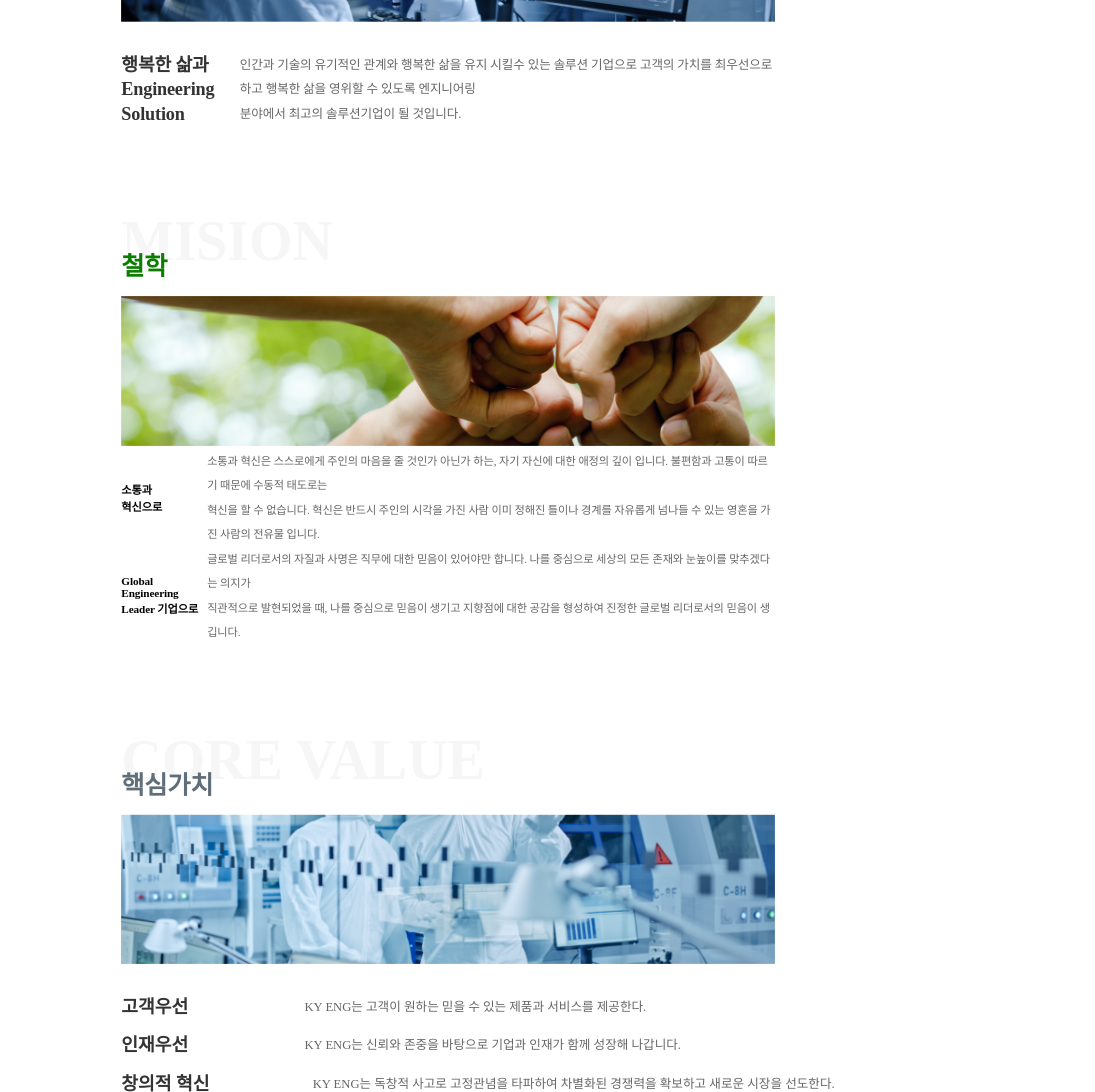
Repository: wogml3270/kumyoungENG
Page: sub/about/about_company.html
The author's editor kept a copy of each file at every save. The page is drawn from the files as they stood at one save, then again after the next save.
The browser window is 1280 px wide. The page is 1564 px wide, so the pictures cover 1564 px, including what lies to the right of the window. The pictures show the part of the page from y = 1130 to 2690 px (the page is 3033 px tall), at 70% of full size.
Some web fonts or font styles are not loaded; a fallback is used.

Above is the page before, as saved 2022-07-25 14:28:30.

### sub/about/about_company.html
<!DOCTYPE html>
<html lang="ko">
    <head>
        <meta charset="UTF-8" />
        <meta http-equiv="X-UA-Compatible" content="ie=edge" />
        <meta name="viewport" content="width=device-width, initial-scale=1.0" />
        <link rel="stylesheet" href="./../css/reset.css" />
        <link rel="stylesheet" href="./../css/about_company.css" />
        <link rel="stylesheet" href="./../css/about_banner.css">
        <link rel="stylesheet" href="./../css/snb_bar.css">
        <link rel="stylesheet" href="../../css/header.css">
        <link rel="stylesheet" href="../../css/footer.css">
        <link rel="stylesheet" href="/css/media.css">
        <script src="https://ajax.googleapis.com/ajax/libs/jquery/3.5.1/jquery.min.js"></script>
        <script src="http://ajax.aspnetcdn.com/ajax/jQuery/jquery-1.12.4.min.js"></script>
        <script src="https://code.jquery.com/jquery-1.12.4.min.js"></script>
        <script src="../../js/script.js"></script>
        <script src="../../js/snb_bar.js"></script>
        <title>회사소개_기업정신</title>
    </head>
    <body>
        <div id="header"></div>
        <div id="wrap">
            <div class="about-banner">
                <p>KUM YOUNG ENG</p>
                <span></span>
                <h3>회사소개</h3>
                <!-- <img src="./../images/company-banner-image.png" alt="배너 이미지"> -->
            </div>

            <div class="snb">
                <a href="/">homeimg</a>

                    <ul class="snb_box">
                        <li><a href="">회사소개<img src="./../images/Vector 1.png" alt=""></a></li>
                        <li>
                            <a href="/sub/about/about_company.html">기업정신<img src="./../images/Vector 1.png" alt=""></a>
                            <ol class="lnb">
                                <li><a href="/sub/about/about_greeting.html">인사말</a></li>
                                <!-- <li><a href="/sub/about/about_company.html">기업정신</a></li> -->
                                <li><a href="/sub/about/about_management.html">경영이념</a></li>
                                <li><a href="">ESG경영</a></li>
                                <li><a href="/sub/about/about_history.html">연혁</a></li>
                                <li><a href="/sub/about/about_org.html">조직도</a></li>
                                <li><a href="/sub/about/about_branch.html">지사/해외법인</a></li>
                                <li><a href="/sub/about/about_wayto.html">오시는길</a></li>
                            </ol>
                        </li>
                    </ul>
              </div>

            <section id="mind">
                <h2>기업정신</h2>

                <article class="vision">
                    <h3>VISION</h3>
                    <h4>비전</h4>

                    <img src="./../images/vision-image.png" alt="행복한 삶과 Engineering Solution">


                    <div class="firsttx">
                        <p>
                            행복한 삶과 <br />
                            Engineering Solution
                        </p>

                        <p>
                            인간과 기술의 유기적인 관계와 행복한 삶을 유지 시킬수 있는 솔루션 기업으로
                            고객의 가치를 최우선으로 하고 행복한 삶을 영위할 수 있도록 엔지니어링 <br />
                            분야에서 최고의 솔루션기업이 될 것입니다.
                        </p>
                    </div>
                </article>

                <article class="mission">
                    <h3>MISION</h3>
                    <h4>철학</h4>
                    <img src="./../images/mission-image.png" alt="소통과 혁신으로 Global Engineering Leader 기업으로">

                    <table class="secondtx">
                        <tr>
                            <th>
                                소통과 <br />
                                혁신으로
                            </th>

                            <td>
                                소통과 혁신은 스스로에게 주인의 마음을 줄 것인가 아닌가 하는, 자기 자신에 대한 애정의 깊이 입니다.
                                불편함과 고통이 따르기 때문에 수동적 태도로는 <br />
                                혁신을 할 수 없습니다. 혁신은 반드시 주인의 시각을 가진 사람 이미 정해진 틀이나
                                경계를 자유롭게 넘나들 수 있는 영혼을 가진 사람의 전유물 입니다.
                            </td>
                        </tr>

                        <div>
                            <th>
                                Global Engineering <br />
                                Leader 기업으로
                            </th>

                            <td>
                                글로벌 리더로서의 자질과 사명은 직무에 대한 믿음이 있어야만 합니다.
                                나를 중심으로 세상의 모든 존재와 눈높이를 맞추겠다는 의지가 <br />
                                직관적으로 발현되었을 때, 나를 중심으로 믿음이 생기고 지향점에 대한 공감을 형성하여
                                진정한 글로벌 리더로서의 믿음이 생깁니다.
                            </td>
                        </div>
                    </table>
                </article>

                <article class="core_value">
                    <h3>CORE VALUE</h3>
                    <h4>핵심가치</h4>

                    <img src="./../images/value-image.png" alt="핵심가치">
                    <div class="thirdtx">
                        <dl>
                            <dt>고객우선</dt>
                            <dd>KY ENG는 고객이 원하는 믿을 수 있는 제품과 서비스를 제공한다.</dd>
                        </dl>
                        <dl>
                            <dt>인재우선</dt>
                            <dd>KY ENG는 신뢰와 존중을 바탕으로 기업과 인재가 함께 성장해 나갑니다.</dd>
                        </dl>
                        <dl>
                            <dt>창의적 혁신</dt>
                            <dd>KY ENG는 독창적 사고로 고정관념을 타파하여 차별화된 경쟁력을 확보하고 새로운 시장을 선도한다.</dd>
                        </dl>
                        <dl>
                            <dt>변화선도</dt>
                            <dd>KY ENG 는 현실안주를 퇴보로 인식하고, 끊임없이 변화와 혁신을 추구해온 기업이며 세계시장을 리드하고 변화를 선도하는 기업이 되기 위해 노력합니다.</dd>
                        </dl>
                    </div>

                </article>
            </section>
        </div>
        <div id="footer"></div>
    </body>
</html>

### sub/css/reset.css
@charset "UTF-8";

* {
    margin: 0;
    padding: 0;
  }

  body,
  html {
    width: 100%;
    height: 100%;
    font-family: "Pretendard";
  }

  ul,
  li {
    list-style: none;
    text-decoration: none;
  }

  a:link,
  a:visited,
  a:hover,
  a:active {
    color: #fff;
    text-decoration: none;
  }

### sub/css/about_company.css
@charset "utf-8";

@import url("https://cdn.jsdelivr.net/gh/orioncactus/pretendard@v1.3.4/dist/web/static/pretendard.css");

table{
  border-collapse: collapse;
}
tr,th,td{
  text-align: left;
  letter-spacing: -0.01em;
}
td{
  font-family: 'Pretendard';
  font-style: normal;
  font-weight: 400;
  line-height: 35px;
  color: #666666;
}

#wrap > img {
  width: 100%;
  height: auto;
}

#mind {
  width: 100%;
  padding-top: 110px;
}

#mind > h2 {
  color: #333;
  font-size: 24px;
  font-weight: 600;
  text-align: center;
}

article {
  width: 72.916%;
  margin-left: 13.5416%;
  margin-top: 120px;
}

article > h3 {
  color: #f6f6f6;
  font-size: 80px;
  font-weight: 800;
}

article > h4 {
  font-size: 36px;
  font-weight: 600;
  letter-spacing: -0.01em;
  position: relative;
  top: -40px;
}

article > img {
  width: 100%;
  margin-top: -20px;
}

.vision > h4 {
  color: #004170;
}

.firsttx {
  display: flex;
  flex-flow: row nowrap;
  justify-content: space-between;
  margin-top: 40px;
}
.firsttx > p {
  line-height: 35px;
  letter-spacing: -0.01em;
}
.firsttx > p:nth-child(1) {
  color: #333;
  font-size: 26px;
  font-weight: 600;
  margin-right: 10px;
}
.firsttx > p:nth-child(2) {
  color: #666;
  font-weight: 400;
  font-size: 18px;
}

.mission > h4 {
  color: #0B7E00;
}
.secondtx > div {
  display: flex;
  flex-flow: row nowrap;
  justify-content: flex-start;
  margin-top: 40px;
  line-height: 35px;
}

.secondtx > div > p {
  word-break: keep-all;
}

.secondtx > div:nth-child(1) > p:nth-child(1){
  margin-right: 249px;
}
.secondtx > div:nth-child(2) > p:nth-child(1){
  margin-right: 116px;
}

.secondtx > div > p:nth-child(1){
  color: #333;
  font-size: 26px;
  font-weight: 600;
}
.secondtx > div > p:nth-child(2){
  color: #666;
  font-size: 18px;
  font-weight: 400;
}

.core_value > h4 {
  color: #606E79;
}

.thirdtx {
  margin-top: 40px;
}

.thirdtx > dl {
  display: flex;
  flex-flow: row nowrap;
  justify-content: flex-start;
  margin-bottom: 20px;
}

.thirdtx > dl:last-child {
  margin-bottom: initial;
}

.thirdtx > dl > dt {
  color: #333;
  font-size: 26px;
  font-weight: 600;
  line-height: 35px;
  white-space: nowrap;
}

.thirdtx > dl > dd {
  color: #666;
  font-size: 18px;
  font-weight: 400;
  line-height: 35px;
  margin-left: 17.7857%;
  white-space: nowrap;
}

.thirdtx > dl:nth-child(3) > dd {
  margin-left: 15.7857%;
}

@media screen and (max-width: 899px){

  article{
    width: 80%;
    margin: 120px auto;
  }

  article > h3 {
    font-size: 50px;
  }

  article > h4 {
    font-size: 25px;
  }
  article > div > p:nth-child(1){
    font-size: 20px;
  }
  article > div > p:nth-child(2){
    font-size: 15px;
  }
  .firsttx{
      display: block;
  }
  .firsttx > p:nth-child(1) {
    font-size: 20px;
    margin-right: 0;
  }
  .firsttx > p:nth-child(2){
    font-size: 15px;
  }

  .secondtx > div {
    display: block;
    line-height: 29px;
  }
  .secondtx > div:nth-child(1) > p:nth-child(1){
    margin-right: 0;
    margin-bottom: 10px;
  }

  .secondtx > div:nth-child(2){
    display: block;
  }

  .secondtx > div > p > br {
    display: none;
  }
  .secondtx > div > p:nth-child(1){
    font-size: 20px;
    margin-right: 0;
  }

  .secondtx > div:nth-child(2) > p:nth-child(1) {
    margin-bottom: 10px;
    margin-right: 0;
  }

  .secondtx > div > p:nth-child(2){
    word-break: keep-all;
    font-size: 16px;
  }
  .thirdtx > dl{
    flex-direction: column;
    font-family: 'Pretendard';
    font-style: normal;
  }
  .thirdtx > dl > dt{
    font-size: 20px;
  }
  .thirdtx > dl > dd{
    font-size: 15px;
    margin-left: 3.5%;
    white-space: normal;
  }
  .thirdtx > dl:nth-child(3) > dd{
    margin-left: 3.5%;
  }

}

### sub/css/about_banner.css
@charset "UTF-8";

.about-banner{
    width: 100%;
    height: 500px;
    background: url(../../images/company-banner-image.png) no-repeat center center;
    background-size: cover;
    display: flex;
    flex-direction: column;
    align-items: center;
    justify-content: center;
  }
  .about-banner p{
    font-family: 'Pretendard';
    font-style: normal;
    font-weight: 400;
    font-size: 16px;
    line-height: 20px;
    text-align: center;
    letter-spacing: -0.01em;
    color: #FFFFFF;
  }
  .about-banner span{
    width: 40px;
    height: 1px;
    background: #FFFFFF;
    margin: 16px 0;
  }
  .about-banner h3{
    font-family: 'Pretendard';
    font-style: normal;
    font-weight: 700;
    font-size: 24px;
    line-height: 24px;
    text-align: center;
    letter-spacing: -0.01em;
    color: #FFFFFF;
  }

### sub/css/snb_bar.css
@charset "utf-8";

ul,li {
    list-style: none;
    text-decoration: none;
}

a:link,
a:visited,
a:hover,
a:active {
    color: #fff;
    text-decoration: none;
}

.snb {
    position: relative;
    top: -26px;
    width: 72.916%;
    height: 60px;
    margin: 0 auto;
    background-color: #fff;
    border: 1px solid #ddd;
    box-sizing: border-box;
    box-shadow: 0px 4px 15px rgba(0, 0, 0, 0.1);
    z-index: 1;
}

.snb > a {
    position: absolute;
    top: -1px;
    left: -1px;
    display: block;
    width: 65px;
    height: 60px;
    text-indent: -9999px;
    background-color: #004170;
    background-image: url(./../images/Group.png);
    background-position: center center;
    background-repeat: no-repeat;
}

.snb > a {
    display: block;
    width: 65px;
    height: 60px;
}

.snb_box {
    display: flex;
    flex-flow: row nowrap;
    /* margin-left: 20.5px; */
    margin-left: 64px;
    margin-top: 0;

}

.snb_box > li {
    position: relative;
    text-indent: 20.5px;
    /* text-indent: 30%; */
    width: 209px;
    height: 60px;
    line-height: 60px;
    border-right: 1px solid #ddd;
    box-sizing: border-box;
}

.snb_box > li > a {
    display: block;
    height: 60px;
    color: #333;
    font-family: 'Pretendard';
    font-style: normal;
    font-weight: 400;
    font-size: 16px;
}

.snb_box > li > a > img {
    position: absolute;
    top: 22.5px;
    left: 80%;

}

.snb_box > li:last-child > a:hover > img {
    transform: rotate(90deg);
    transition: 0.3s;
}

.lnb {
    display: none;
    position: absolute;
    width: 100%;
    padding: 0;
    border: 1px solid #DDDDDD;
    border-top: none;
    background-color: #fff;
}

.lnb > li > a {
    color: #333;
    display: block;
    font-family: 'Pretendard';
    font-style: normal;
    font-weight: 400;
    font-size: 16px;
}

.lnb > li > a:hover {
    background-color: #F5F5F5;
}

@media screen and (max-width: 899px){
    .snb{
        height: 40px;
    }
    .snb > a{
        width: 45px;
        height: 40px;
    }
    .snb_box > li{
        height: 40px;
        line-height: 40px;
    }
    .snb_box > li > a{
        height: 40px;
        font-size: 13px;
    }
    .snb_box > li > a > img{
        top: 13.5px;
    }
    .lnb > li > a{
        font-size: 13px;
    }
}

### css/footer.css
@charset "utf-8";

@import url("https://cdn.jsdelivr.net/gh/orioncactus/pretendard@v1.3.4/dist/web/static/pretendard.css");

body {
    margin: 0 auto;
    padding: 0;
}

footer {
    position: relative;
    width: 100%;
    height: 132px;
    font-family: 'Pretendard';
    font-size: 14px;
    font-weight: 400;
    background-color: #122B42;
    display: flex;
    align-items: center;
    justify-content: space-between;
    margin-top: 150px;
}

footer > address {
    color: #CECED5;
    line-height: 30px;
    font-style: normal;
    letter-spacing: -0.01em;
    margin-left: 13.663%;
}

footer > .footer-right{
    display: flex;
    flex-direction: column;
    align-items: flex-end;
    margin-right: 13.663%;
}
footer > .footer-right .logo {
    margin-bottom: 16px;
    display: block;
}

footer > .footer-right span {
    color: #CECED5;
}

### css/media.css
@charset "utf-8";

@media only screen and (min-width: 899px){
    .header_gnb_mobile{
        position: absolute;
        top: -9999px;
    }
}
    /* 모바일 가로, 타블렛 세로 */
@media only screen and (max-width: 899px) {

    /* header */
    .header{
        height: 120px;
        flex-direction: column;
    }
    .header > a{
        margin: 27px 10px 0 10px;
        z-index: 9999;
    }
    .header > a > img{
        width: 120px;
    }
    .header_gnb{
        display: none;
    }
    .header > .right{
        margin-right: 0;
        width: 100%;
    }
    .header > .right > .lang{
        position: absolute;
        top: 30px;
        left: 20px;
    }
    .header > .right > .lang > a{
        font-size: 11px;
    }
    .header_gnb_mobile{
        padding-top: 80px;
        width: 100%;
        background: #ffffff;
        position: absolute;
        top: 0;
    }
    .header_gnb_mobile > li{
        padding: 15px 20px;
        cursor: pointer;
        border-bottom: 1px solid #cccccc;
        position: relative;
    }
    .header_gnb_mobile > li::before{
        content: ">";
        position: absolute;
        right: 25px;
        font-family: 'Pretendard';
        font-style: normal;
        font-weight: 400;
        font-size: 20px;
        color: #9c9c9c;
        transform: rotate(90deg);
        transition: 0.3s;
    }
    .header_gnb_mobile > li > a{
        color: #333333;
        font-family: 'Pretendard';
        font-style: normal;
        font-weight: 400;
    }
    .header_gnb_mobile_toggle{
        display: block;
        z-index: 9999;
    }
    .header_gnb_mobile > li > ul > li{
        margin-left: 20px;
        margin-top: 5px;
    }
    .header_gnb_mobile > li > ul > li > a{
        position: relative;
        font-family: 'Pretendard';
        font-style: normal;
        font-weight: 400;
        font-size: 13px;
        line-height: 18px;
        letter-spacing: -0.01em;
        color: #5B5D7E;
    }
    .header_gnb_mobile > li > ul > li > a::before{
        content: "";
        background: #333333;
        width: 3px;
        height: 3px;
        border-radius: 50%;
        position: absolute;
        left: -11px;
        top: 6px;
    }

    /* main */
    .main_slide > ul > li{
        padding: 0;
        width: 25%;
        text-align: center;
    }
    .tab_menu{
        width: 100%;
    }
    .tab_menu .active::after{
        content: "";
        position: absolute;
        width: 95%;
        height: 63px;
        background: none;
        border: 3px solid #0b7e00;
        left: 10px;
        bottom: 0;
    }
    .tab_menu > .list{
        text-align: center;
        align-items: center;
        justify-content: center;
        flex-direction: column;
    }
    .tab_menu > .list > li{
        width: 100%;
        margin-right: 0;
        padding: 20px 0;
    }
    .tab_menu > .list > li.active{
        font-weight: 900;
    }
    .content01_area{
        height: 1078px;
    }
    .content01_box{
        flex-direction: column;
    }
    .content01_img{
        margin-right: 0;
        text-align: center;
    }
    .content01_img img{
        margin-right: 0;
    }
    .content01_img2 img{
        width: 90%;
    }
    .content01_caption{
        margin: 10px 0;
        width: 80%;
    }
    .content02{
        height: auto;
    }
    .content02 > h2{
        width: 100%;
        text-align: center;
    }
    .content02_box{
        flex-direction: column;
        justify-content: center;
        align-items: center;
        margin: 100px auto;
        gap: 60px;
        width: 90%;
    }
    .content02_box img{
        width: 100%;
    }
    .content02_txt_box{
        top: 172px;
        width: 90%;
        left: 20px;
    }

    .content03_box{
        width: 100%;
    }
    .content03_box_title{
        width: 80%;
    }
    .content03_box_sub{
        width: 80%;
    }

    /* footer */
    footer{
        flex-direction: column;
        justify-content: space-around;
        height: 250px;
    }
    footer > address{
        margin-left: 0;
        text-align: center;
        font-size: 16px;
        width: 80%;
    }
    footer > .footer-right{
        flex-direction: column;
        align-items: center;
        margin: 0 15px;
    }
}

### sub/about/footer.html
<footer>
    <address>
        금영이엔지 | 대전광역시 유성구 엑스포로 385, 본관동 1층,3층 (문지동) <br />
        Tel 042&ndash;824&ndash;5538 | Fax 042&ndash;824&ndash;5539 <br />
        사업자등록번호 314&ndash;81&ndash;92242
    </address>

    <div class="footer-right">
        <a href="#" class="logo">
            <img src="/images/logo-footer.svg" alt="">
        </a>
        <span>Copyright &copy; 2015 KUM YOUNG. All Rights Reserved.</span>
    </div>

</footer>

Loaded but not shown: js/script.js (36 lines, source omitted); js/snb_bar.js (14 lines, source omitted); sub/about/header.html (358 lines, source omitted); css/header.css (302 lines, source omitted)

After the next save:
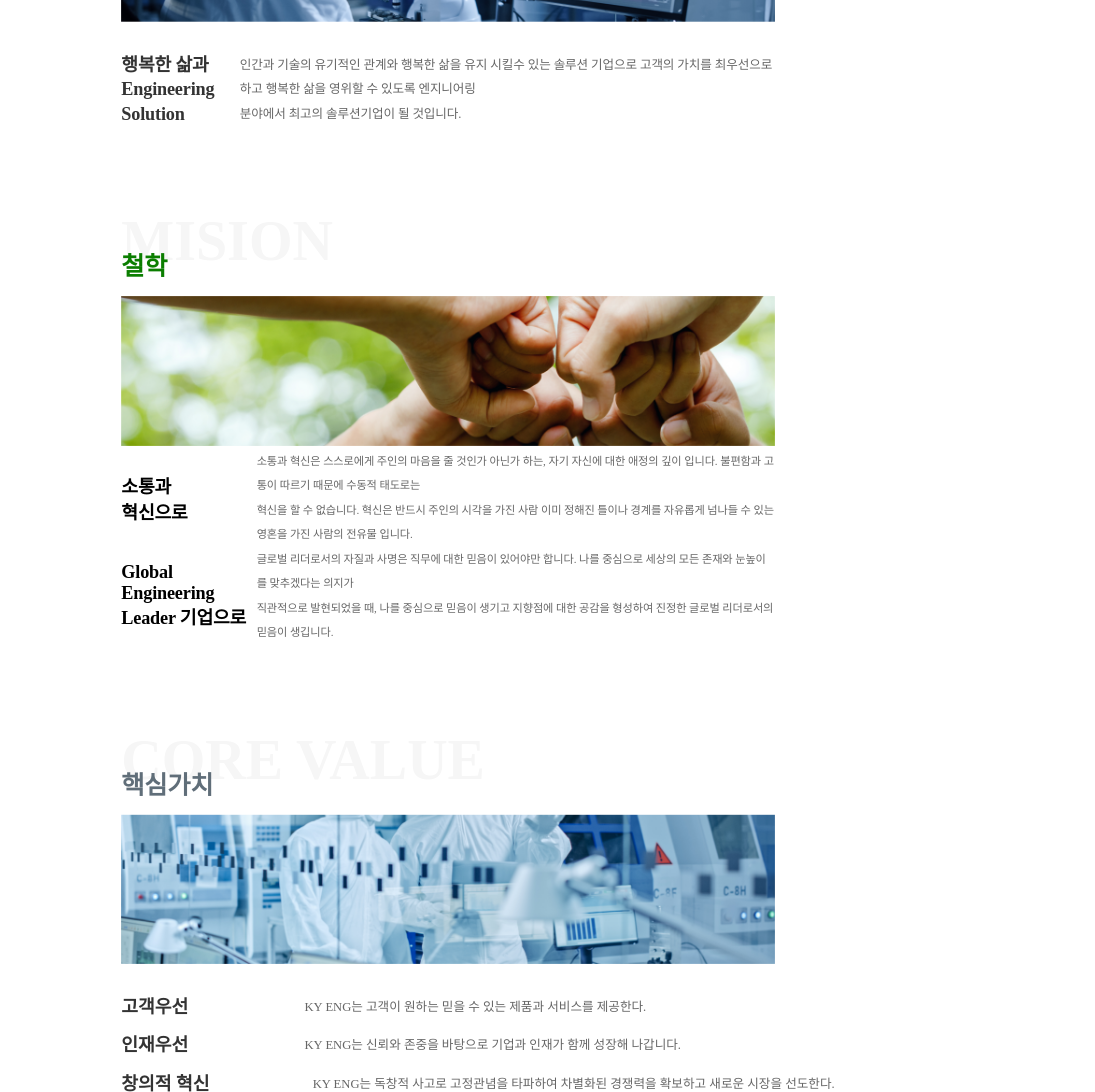
Saved 19 s later.
--- a/sub/css/about_company.css
+++ b/sub/css/about_company.css
@@ -8,6 +8,9 @@
 tr,th,td{
   text-align: left;
   letter-spacing: -0.01em;
+}
+th{
+  font-size: 26px;
 }
 td{
   font-family: 'Pretendard';
